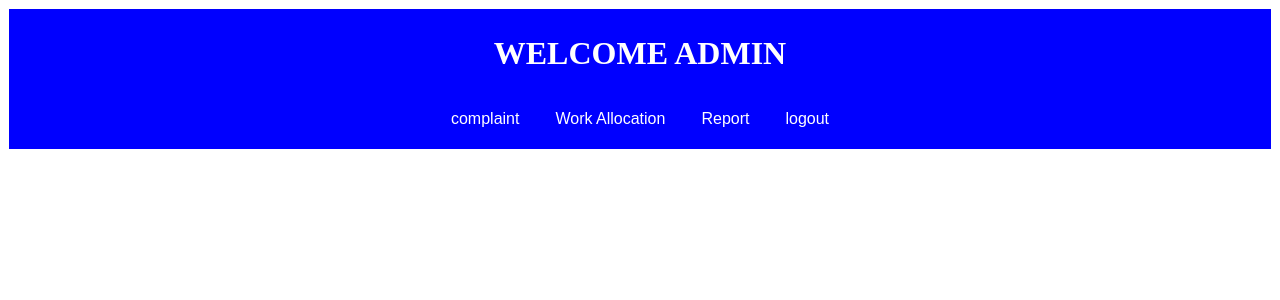
Repository: Jobinte/KSEB-PROJECT
Page: KSEB-complaint-management/WebContent/admin.html
These files come from the project's save history. The page is drawn as it stood at one moment and after the next save; the edit follows.
The browser window is 1280 px wide. The pictures show the whole page.

Above is the page before, as saved 2023-11-21 10:15:52.

After the next save:
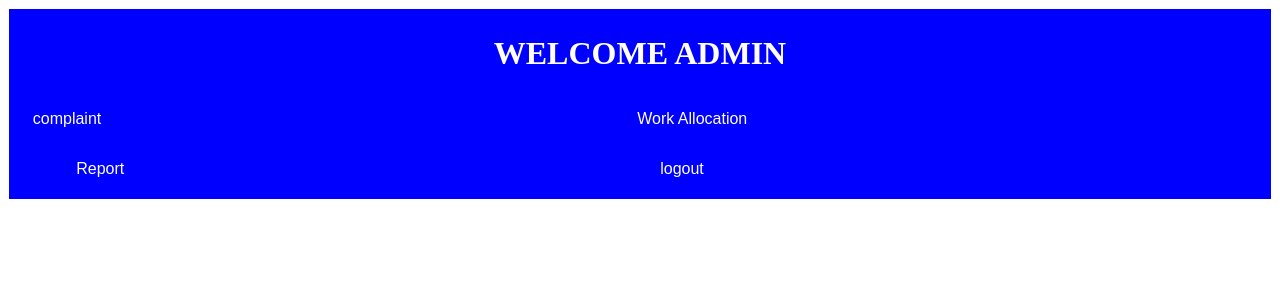
Saved 42 s later.
--- a/KSEB-complaint-management/WebContent/css/admin.css
+++ b/KSEB-complaint-management/WebContent/css/admin.css
@@ -19,7 +19,7 @@
 .dropdown {
 	position: relative;
 	display: inline-block;
-
+	margin-right:500px;
 }
 
 
